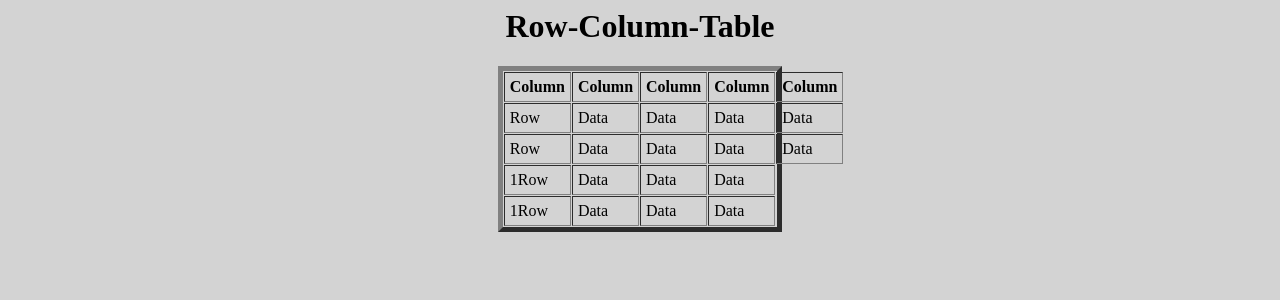
Repository: AdityaTech-Pro/FullStackWithBridgelabz
Page: Assignment2/table/index.html
An editor plug-in stored every save of this project. The page is shown before and after the next save, followed by the edit.
The browser window is 1280 px wide. The pictures show the whole page.

Above is the page before, as saved 2025-10-15 08:43:48.

After the next save:
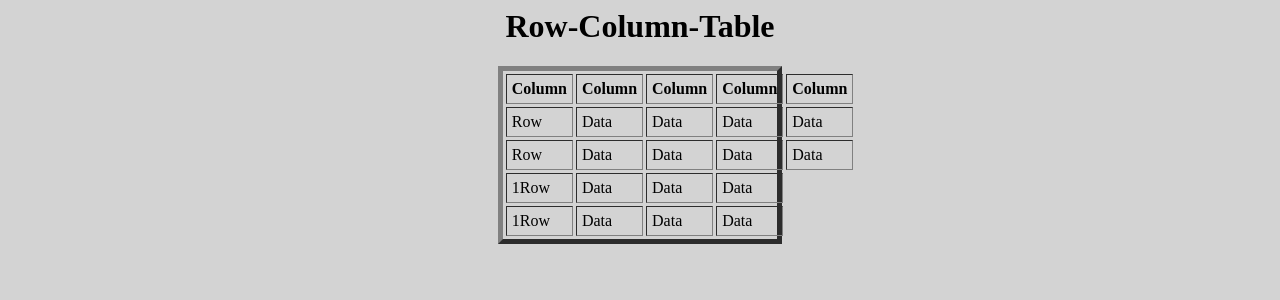
Saved 55 s later.
--- a/Assignment2/table/index.html
+++ b/Assignment2/table/index.html
@@ -28,7 +28,7 @@
 <body>
 
 
-    <table border="5" cellspacing="1" cellpadding="5" class="center">
+    <table border="5" cellspacing="3" cellpadding="5" class="center">
         <tr>
             <th>Column</th>
             <th>Column</th>

After the save that followed:
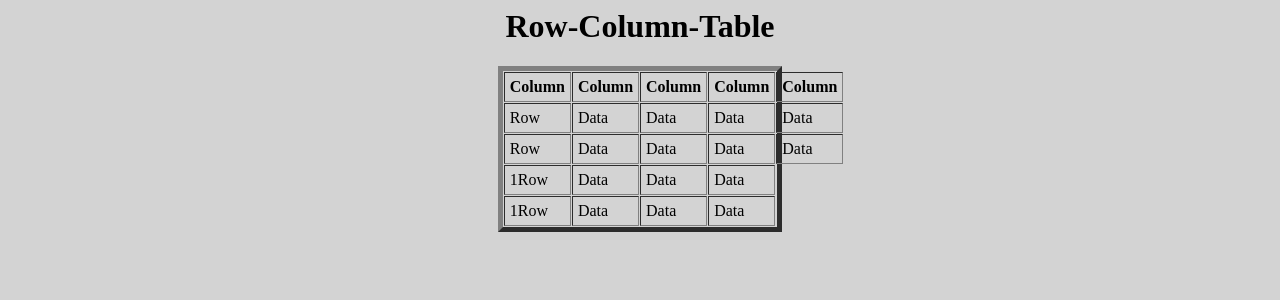
Saved 16 s later.
--- a/Assignment2/table/index.html
+++ b/Assignment2/table/index.html
@@ -28,7 +28,7 @@
 <body>
 
 
-    <table border="5" cellspacing="3" cellpadding="5" class="center">
+    <table border="5" cellspacing="1" cellpadding="5" class="center">
         <tr>
             <th>Column</th>
             <th>Column</th>
